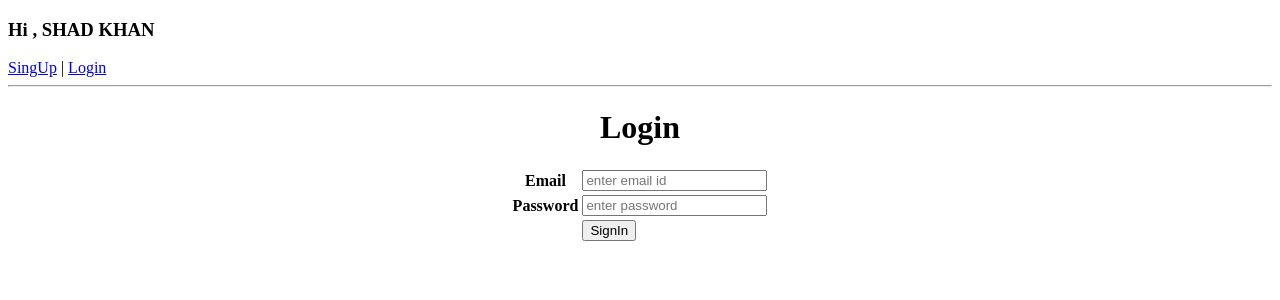
Repository: shadkhan8815/Advance-java
Page: http://localhost/Web-Project/LoginView.jsp
The author's editor kept a copy of each file at every save. The page is drawn from the files as they stood at one save, then again after the next save.
The browser window is 1280 px wide. The pictures show the whole page.
The page is served by Tomcat 9. Other server files are loaded and not shown.

Above is the page before, as saved 2025-04-24 09:34:51.

### Web-Project/WebContent/LoginView.jsp
<%@ page language="java" contentType="text/html; charset=ISO-8859-1"
	pageEncoding="ISO-8859-1"%>
<!DOCTYPE html>
<html>
<head>
<meta charset="ISO-8859-1">
<title>Insert title here</title>
</head>
<body>
	<%@ include file="Header.jsp"%>
	<h1 align="center">Login</h1>

	<%
		String msg = (String) request.getAttribute("msg");
	%>
	<%
		if (msg != null) {
	%>
	<h3 align="center"><%=msg%></h3>
	<%
		}
	%>
	<form action="LoginCtl" method="post">
		<center>
			<table>
				<tr>
					<th>Email</th>
					<td><input type="email" name="loginId"
						placeholder="enter email id"></td>
				</tr>
				<tr>
					<th>Password</th>
					<td><input type="password" name="password"
						placeholder="enter password"></td>
				</tr>
				<tr>
					<th></th>
					<td><input type="submit" value="SignIn" name="operation"></td>
				</tr>
			</table>
		</center>

	</form>

</body>
</html>

### Web-Project/WebContent/Header.jsp
<%@ page language="java" contentType="text/html; charset=ISO-8859-1"
	pageEncoding="ISO-8859-1"%>
<!DOCTYPE html>
<html>
<head>
<meta charset="ISO-8859-1">
<title>Insert title here</title>
</head>
<body>
	<h3>Hi , SHAD KHAN</h3>
	<a href="UserRegistrationCtl">SingUp</a> |
	<a href="LoginCtl">Login</a>
	<hr>
</body>
</html>

After the next save:
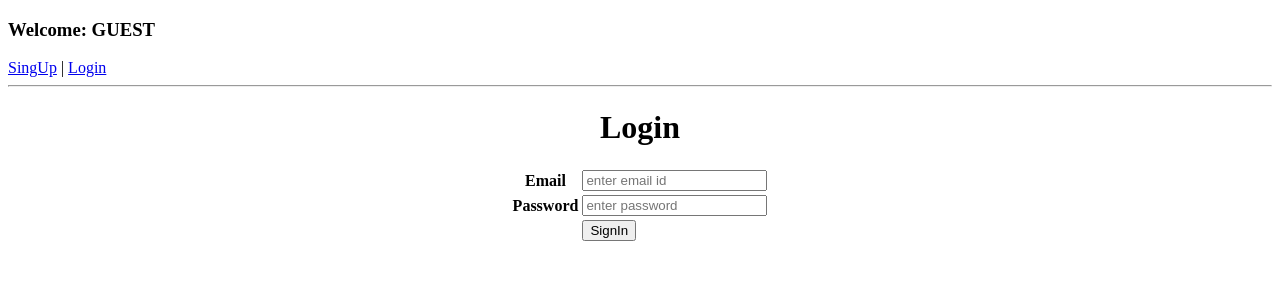
Saved 13 min 27 s later.
--- a/Web-Project/WebContent/Header.jsp
+++ b/Web-Project/WebContent/Header.jsp
@@ -1,3 +1,4 @@
+<%@page import="com.rays.bean.UserBean"%>
 <%@ page language="java" contentType="text/html; charset=ISO-8859-1"
 	pageEncoding="ISO-8859-1"%>
 <!DOCTYPE html>
@@ -7,9 +8,25 @@
 <title>Insert title here</title>
 </head>
 <body>
-	<h3>Hi , SHAD KHAN</h3>
+	<%
+		UserBean user = (UserBean) session.getAttribute("user");
+	%>
+	<%
+		if (user != null) {
+	%>
+	<h3><%="Welcome: " + user.getFirstName()%></h3>
+	<a href="#"> ADD USER</a> ||
+	<a href="#"> USER LIST</a> ||
+	<a href="LoginCtl ? operation = logout">LOGOUT</a>
+	<%
+		} else {
+	%>
+	<h3>Welcome: GUEST</h3>
 	<a href="UserRegistrationCtl">SingUp</a> |
 	<a href="LoginCtl">Login</a>
+	<%
+		}
+	%>
 	<hr>
 </body>
 </html>
